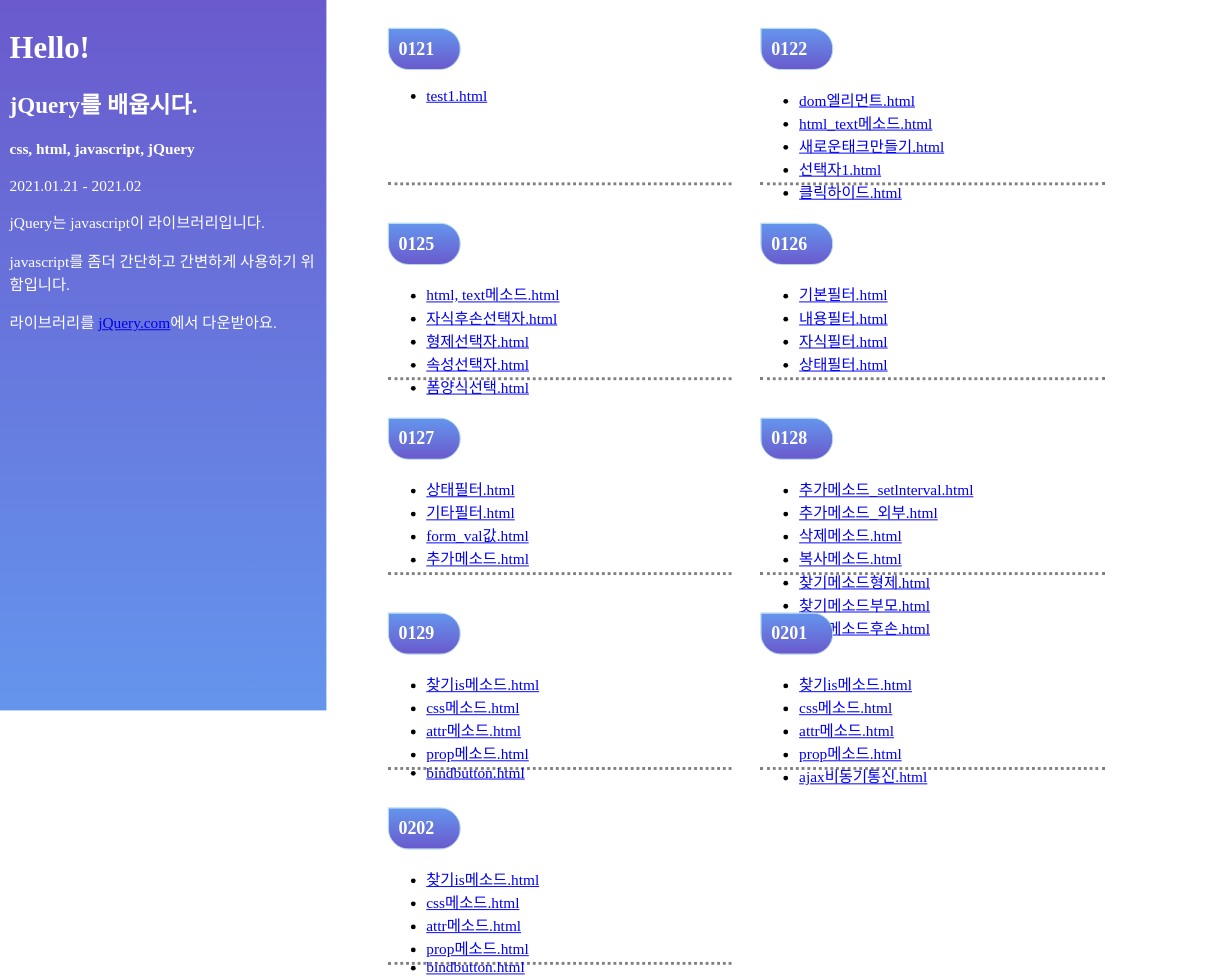
Repository: yul3220/WebProgrammingLecture
Page: jqpro/WebContent/index.html
These files come from the project's save history. The page is drawn as it stood at one moment and after the next save; the edit follows.
The browser window is 1280 px wide. The pictures show the whole page, at 96% of full size.

Above is the page before, as saved 2021-02-02 02:19:50.

After the next save:
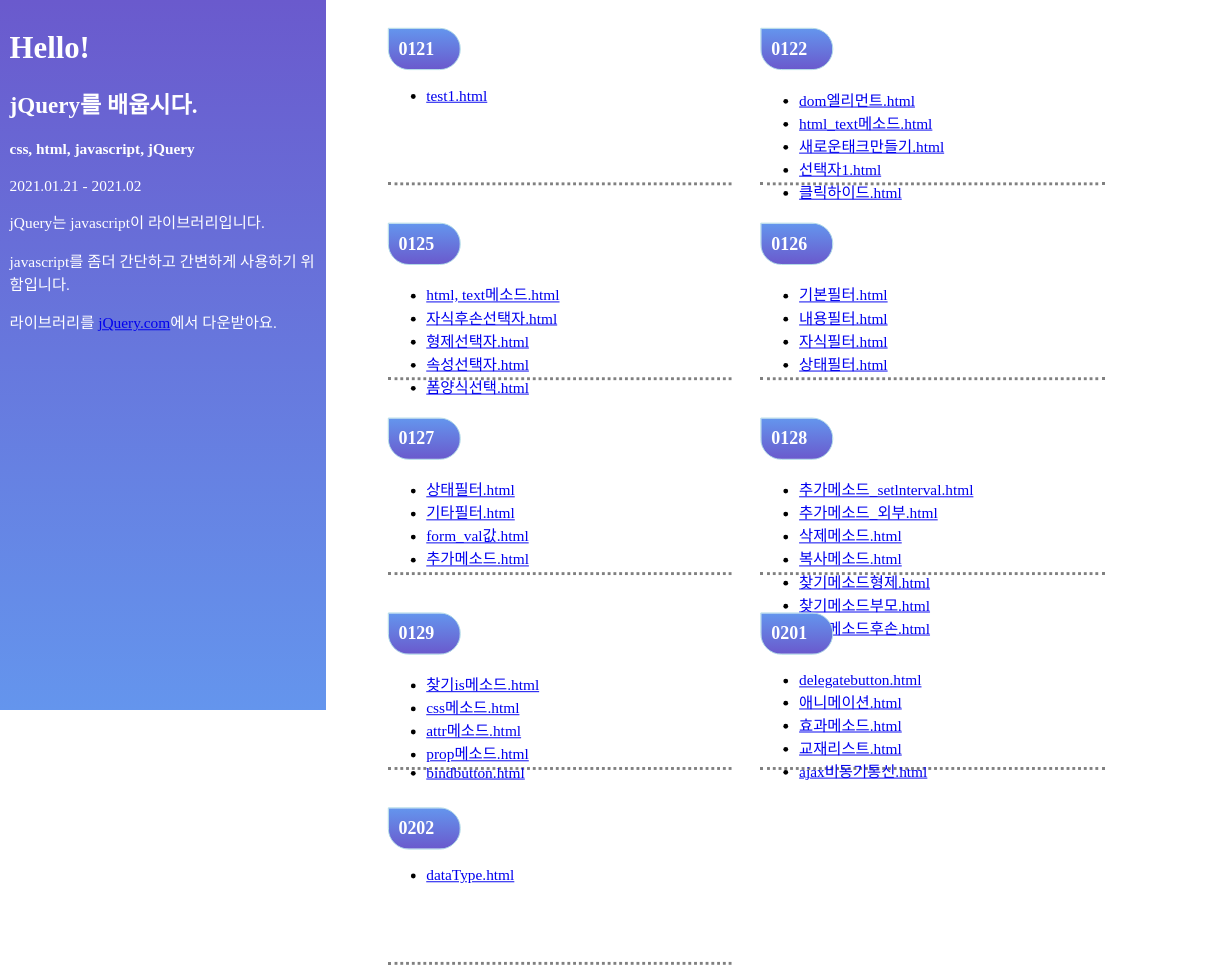
Saved 2 min 5 s later.
--- a/jqpro/WebContent/index.html
+++ b/jqpro/WebContent/index.html
@@ -138,10 +138,10 @@
 		<div class="dd">
 			<h3>0201</h3>
 			<ul>
-				<li><a href="./2021-02-01/찾기is메소드.html">찾기is메소드.html</a></li>
-				<li><a href="./2021-02-01/css메소드.html">css메소드.html</a></li>
-				<li><a href="./2021-02-01/attr메소드.html">attr메소드.html</a></li>
-				<li><a href="./2021-02-01/prop메소드.html">prop메소드.html</a></li>
+				<li><a href="./2021-02-01/delegatebutton.html">delegatebutton.html</a></li>
+				<li><a href="./2021-02-01/애니메이션.html">애니메이션.html</a></li>
+				<li><a href="./2021-02-01/효과메소드.html">효과메소드.html</a></li>
+				<li><a href="./2021-02-01/교재리스트.html">교재리스트.html</a></li>
 				<li><a href="./2021-02-01/ajax비동기통신.html">ajax비동기통신.html</a></li>
 			</ul>
 		</div>
@@ -149,11 +149,7 @@
 		<div class="dd">
 			<h3>0202</h3>
 			<ul>
-				<li><a href="./2021-01-29/찾기is메소드.html">찾기is메소드.html</a></li>
-				<li><a href="./2021-01-29/css메소드.html">css메소드.html</a></li>
-				<li><a href="./2021-01-29/attr메소드.html">attr메소드.html</a></li>
-				<li><a href="./2021-01-29/prop메소드.html">prop메소드.html</a></li>
-				<li><a href="./2021-01-29/bindbutton.html">bindbutton.html</a></li>
+				<li><a href="./2021-02-02/dataType.html">dataType.html</a></li>
 			</ul>
 		</div>
 	</div>
